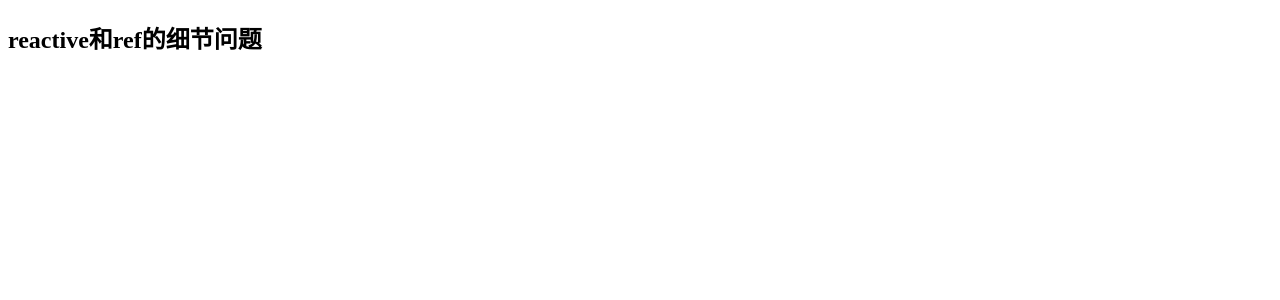
Repository: zhuhongxiang/Vue3.0-TSLeaning
Page: / (app in 04_Vue3/vue3_learning/)
An editor plug-in stored every save of this project. The page is shown before and after the next save, followed by the edit.
The browser window is 1280 px wide. The pictures show the whole page.
The project was rebuilt for these pictures with package versions that can differ from the ones it lists, and the page was loaded fresh each time.

Above is the page before, as saved 2021-07-26 10:42:11.

After the next save:
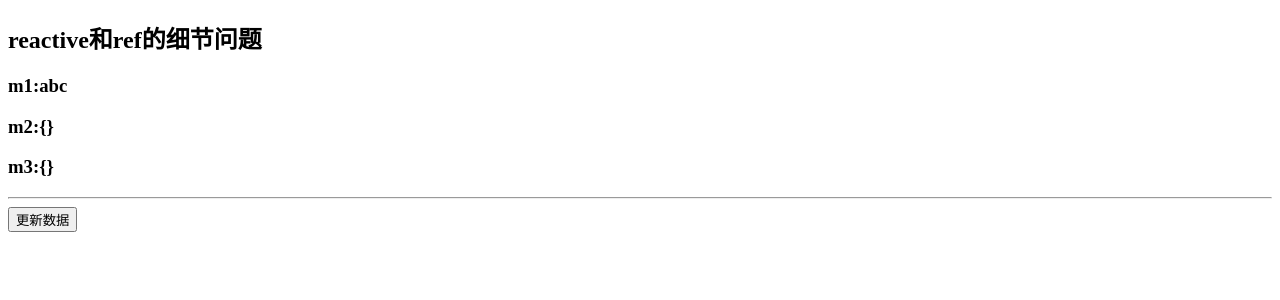
Saved 3 min 7 s later.
--- a/04_Vue3/vue3_learning/src/App.vue
+++ b/04_Vue3/vue3_learning/src/App.vue
@@ -1,15 +1,31 @@
 <template>
   <h2>reactive和ref的细节问题</h2>
+  <h3>m1:{{ m1 }}</h3>
+  <h3>m2:{{ m2 }}</h3>
+  <h3>m3:{{ m3 }}</h3>
+  <hr />
+  <button @click="update">更新数据</button>
 </template>
 
 <script lang='ts'>
-import { defineComponent, reactive } from "vue";
+import { defineComponent, reactive, ref } from "vue";
 export default defineComponent({
   name: "App",
   props: {},
   components: {},
   setup() {
-    return {};
+    // 通过ref的方式设置的数据
+    const m1 = ref("abc");
+    const m2 = reactive({});
+    // ref也可以传入对象吗？
+    const m3 = ref({});
+    const update = () => {};
+    return {
+      m1,
+      m2,
+      m3,
+      update,
+    };
   },
 });
 </script>
